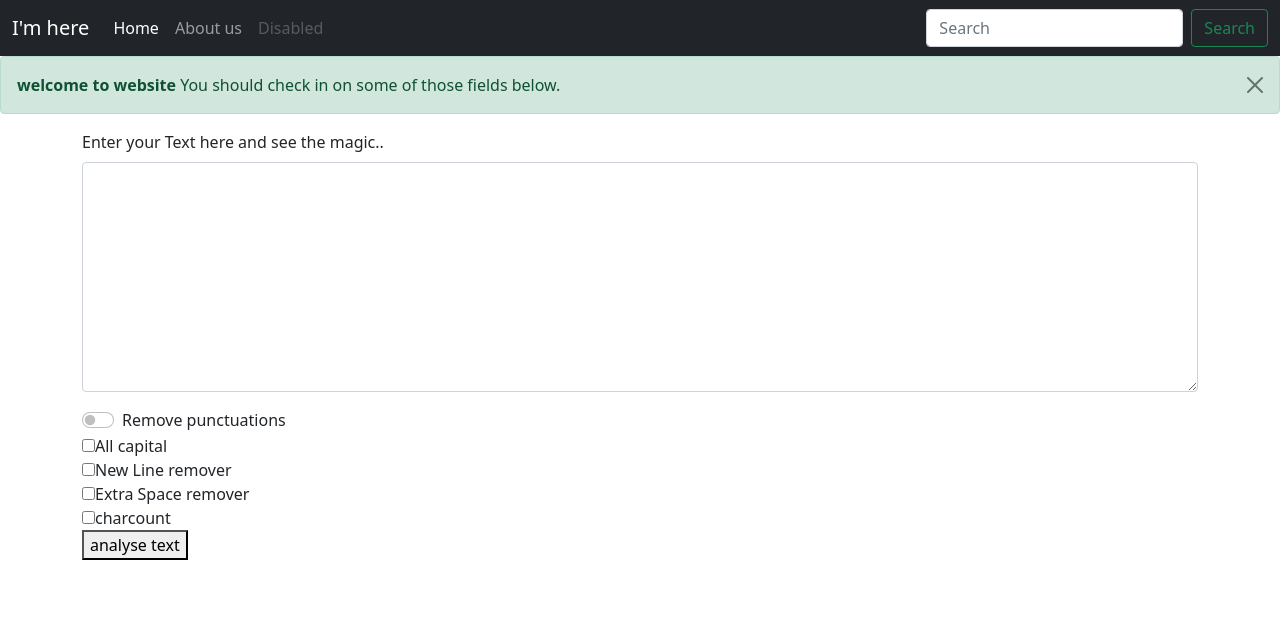
Repository: ritikalohia/Django-beginners-
Page: textutiles/templates/index.html
The author's editor kept a copy of each file at every save. The page is drawn from the files as they stood at one save, then again after a run of saves.
The browser window is 1280 px wide. The pictures show the whole page.

Above is the page before, as saved 2021-05-22 20:06:52.

### textutiles/templates/index.html
<!doctype html>
<html lang="en">
  <head>
    <!-- Required meta tags -->
    <meta charset="utf-8">
    <meta name="viewport" content="width=device-width, initial-scale=1">

    <!-- Bootstrap CSS -->
    <link href="https://cdn.jsdelivr.net/npm/bootstrap@5.0.1/dist/css/bootstrap.min.css" rel="stylesheet" integrity="sha384-+0n0xVW2eSR5OomGNYDnhzAbDsOXxcvSN1TPprVMTNDbiYZCxYbOOl7+AMvyTG2x" crossorigin="anonymous">

    <title>i'mhere</title>
    </head>
    <body>

    <nav class="navbar navbar-expand-lg navbar-dark bg-dark">
    <div class="container-fluid">
    <button class="navbar-toggler" type="button" data-bs-toggle="collapse" data-bs-target="#navbarTogglerDemo01" aria-controls="navbarTogglerDemo01" aria-expanded="false" aria-label="Toggle navigation">
      <span class="navbar-toggler-icon"></span>
    </button>
    <div class="collapse navbar-collapse" id="navbarTogglerDemo01">
      <a class="navbar-brand" href="#">I'm here</a>
      <ul class="navbar-nav me-auto mb-2 mb-lg-0">
        <li class="nav-item">
          <a class="nav-link active" aria-current="page" href="#">Home</a>
        </li>
        <li class="nav-item">
          <a class="nav-link" href="#">About us</a>
        </li>
        <li class="nav-item">
          <a class="nav-link disabled" href="#" tabindex="-1" aria-disabled="true">Disabled</a>
        </li>
      </ul>
      <form class="d-flex">
        <input class="form-control me-2" type="search" placeholder="Search" aria-label="Search">
        <button class="btn btn-outline-success" type="submit">Search</button>
      </form>
    </div>
    </div>
    </nav>

    <div class="alert alert-success alert-dismissible fade show" role="alert">
        <strong>welcome to website</strong> You should check in on some of those fields below.
        <button type="button" class="btn-close" data-bs-dismiss="alert" aria-label="Close"></button>
    </div>


    <div class="container">
        <div class="mb-3">
            <label for="exampleFormControlTextarea1" class="form-label">Enter your Text here and see the magic..</label>
            <textarea class="form-control" id="exampleFormControlTextarea1" rows="9"></textarea>
        </div>
        <div class="form-check form-switch">
            <input class="form-check-input" type="checkbox" id="flexSwitchCheckDefault">
            <label class="form-check-label" for="flexSwitchCheckDefault">Remove punctuations</label>
        </div>

        <input type="checkbox" name="fullcaps">All capital<br>
        <input type="checkbox" name="newlineremover">New Line remover<br>
        <input type="checkbox" name="spaceremover">Extra Space remover<br>
        <input type="checkbox" name="charcount">charcount<br>
        <button type='submit'>analyse text</button>
    </div>

    <!-- Optional JavaScript; choose one of the two! -->

    <!-- Option 1: Bootstrap Bundle with Popper -->
    <script src="https://cdn.jsdelivr.net/npm/bootstrap@5.0.1/dist/js/bootstrap.bundle.min.js" integrity="sha384-gtEjrD/SeCtmISkJkNUaaKMoLD0//ElJ19smozuHV6z3Iehds+3Ulb9Bn9Plx0x4" crossorigin="anonymous"></script>

    <!-- Option 2: Separate Popper and Bootstrap JS -->
    <!--
    <script src="https://cdn.jsdelivr.net/npm/@popperjs/core@2.9.2/dist/umd/popper.min.js" integrity="sha384-IQsoLXl5PILFhosVNubq5LC7Qb9DXgDA9i+tQ8Zj3iwWAwPtgFTxbJ8NT4GN1R8p" crossorigin="anonymous"></script>
    <script src="https://cdn.jsdelivr.net/npm/bootstrap@5.0.1/dist/js/bootstrap.min.js" integrity="sha384-Atwg2Pkwv9vp0ygtn1JAojH0nYbwNJLPhwyoVbhoPwBhjQPR5VtM2+xf0Uwh9KtT" crossorigin="anonymous"></script>
    -->
  </body>
</html>

After the next 3 saves:
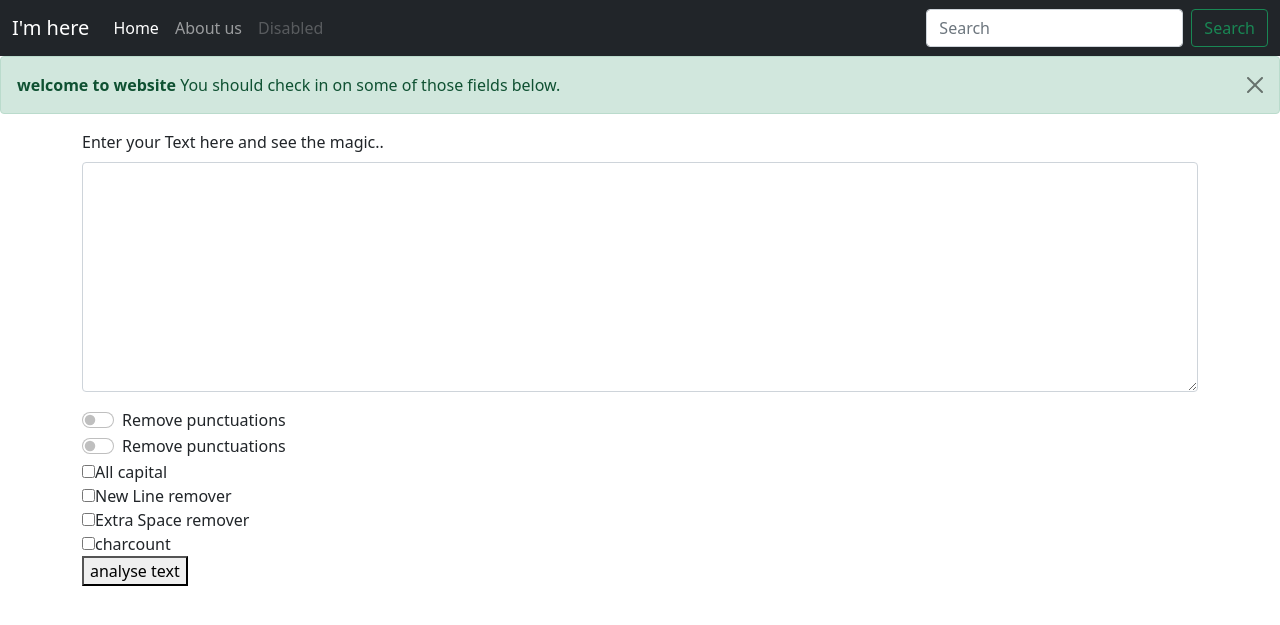
The 3 saves are shown as one change because they came seconds apart.
The last was saved 10 s later.
--- a/textutiles/templates/index.html
+++ b/textutiles/templates/index.html
@@ -53,6 +53,10 @@
             <input class="form-check-input" type="checkbox" id="flexSwitchCheckDefault">
             <label class="form-check-label" for="flexSwitchCheckDefault">Remove punctuations</label>
         </div>
+        <div class="form-check form-switch">
+            <input class="form-check-input" type="checkbox" id="flexSwitchCheckDefault">
+            <label class="form-check-label" for="flexSwitchCheckDefault">Remove punctuations</label>
+        </div>
 
         <input type="checkbox" name="fullcaps">All capital<br>
         <input type="checkbox" name="newlineremover">New Line remover<br>
